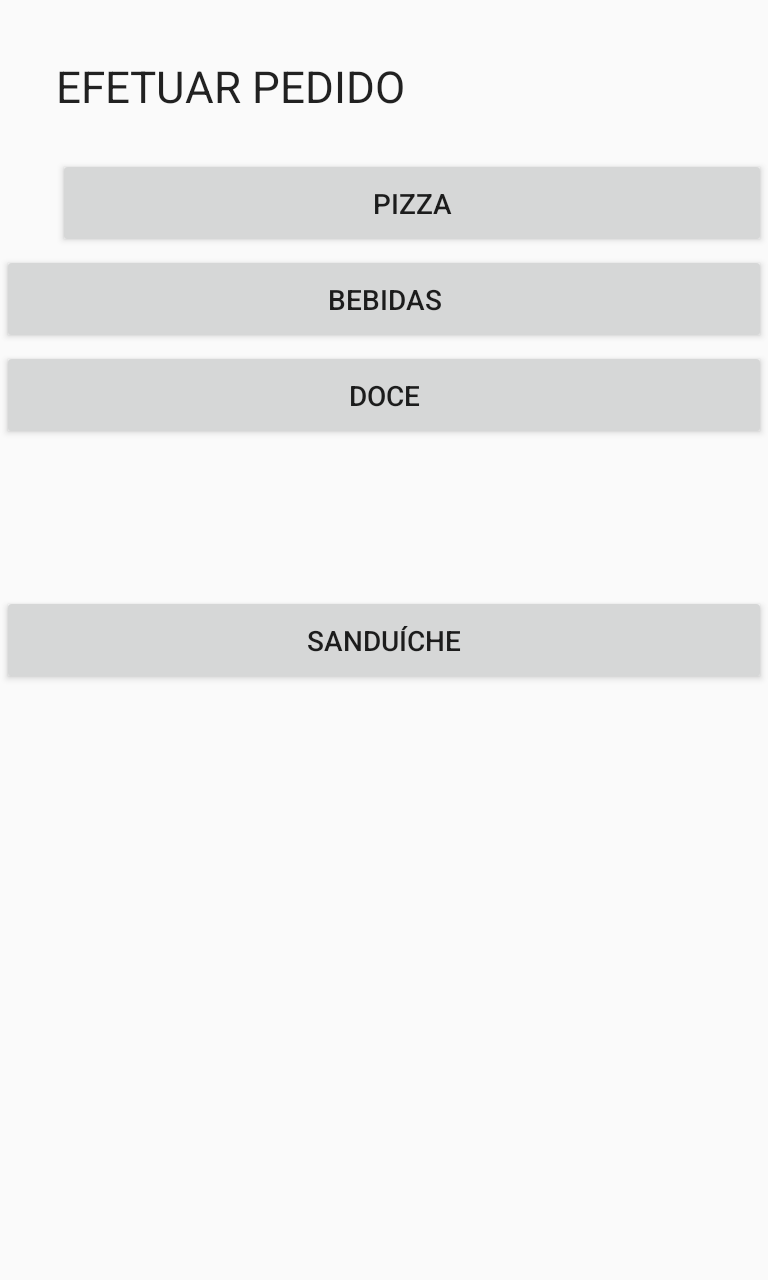
Repository: LucasSampaio/SysPizza-PSI
Layout: CodigoFonte/MOBILE/SysPizza/res/layout/activity_efetuar_pedido.xml
An editor plug-in stored every save of this project. The layout is shown before and after the next save, followed by the edit.
It is drawn on a 768 x 1280 px phone screen (xhdpi) without system bars, with theme AppTheme; the app's code is not run.

Above is the layout before, as saved 2014-09-25 13:03:51.

### CodigoFonte/MOBILE/SysPizza/res/layout/activity_efetuar_pedido.xml
<?xml version="1.0" encoding="utf-8"?>
<RelativeLayout xmlns:android="http://schemas.android.com/apk/res/android"
    android:layout_width="match_parent"
    android:layout_height="match_parent"
    android:orientation="vertical" >

    <TextView
        android:id="@+id/textView1"
        android:layout_width="wrap_content"
        android:layout_height="wrap_content"
        android:layout_alignParentLeft="true"
        android:layout_alignParentTop="true"
        android:layout_marginLeft="28dp"
        android:layout_marginTop="28dp"
        android:text="EFETUAR PEDIDO"
        android:textAppearance="?android:attr/textAppearanceLarge" />

    <Button
        android:id="@+id/button1"
        android:layout_width="fill_parent"
        android:layout_height="wrap_content"
        android:layout_alignLeft="@+id/textView1"
        android:layout_below="@+id/textView1"
        android:layout_marginTop="20dp"
        android:text="Pizza" />

    <Button
        android:id="@+id/button2"
        android:layout_width="fill_parent"
        android:layout_height="wrap_content"
        android:layout_below="@+id/button1"
        android:layout_centerHorizontal="true"
        android:text="Bebidas" />

    <Button
        android:id="@+id/button3"
        android:layout_width="fill_parent"
        android:layout_height="wrap_content"
        android:layout_alignLeft="@+id/button2"
        android:layout_below="@+id/button2"
        android:text="Doce" />

    <Button
        android:id="@+id/button4"
        android:layout_width="fill_parent"
        android:layout_height="wrap_content"
        android:layout_alignRight="@+id/button2"
        android:layout_centerVertical="true"
        android:text="Sanduíche" />

</RelativeLayout>

Loaded but not shown: CodigoFonte/MOBILE/SysPizza/res/values/styles.xml (common file); CodigoFonte/MOBILE/SysPizza/res/values-v11/styles.xml (common file); CodigoFonte/MOBILE/SysPizza/res/values-v14/styles.xml (common file)

After the next save:
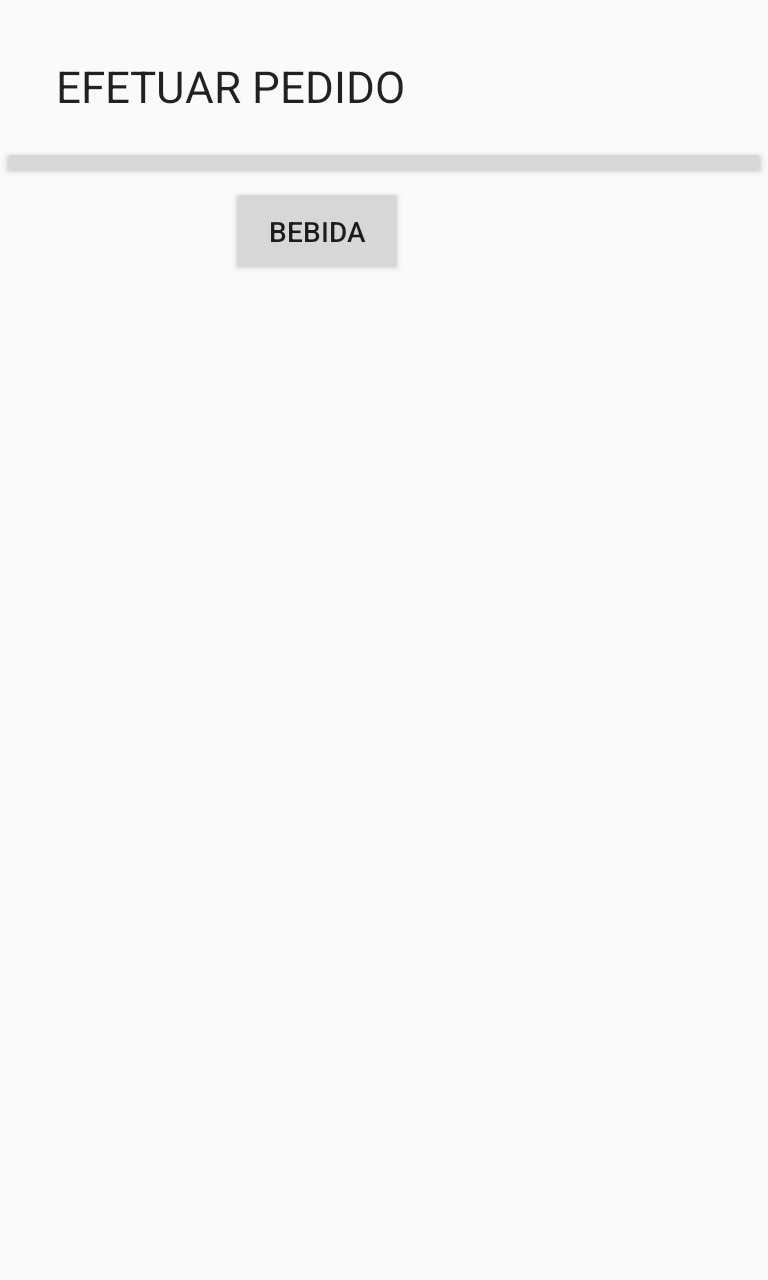
Saved 46 s later.
--- a/CodigoFonte/MOBILE/SysPizza/res/layout/activity_efetuar_pedido.xml
+++ b/CodigoFonte/MOBILE/SysPizza/res/layout/activity_efetuar_pedido.xml
@@ -18,34 +18,18 @@
     <Button
         android:id="@+id/button1"
         android:layout_width="fill_parent"
-        android:layout_height="wrap_content"
-        android:layout_alignLeft="@+id/textView1"
+        android:layout_height="20dp"
         android:layout_below="@+id/textView1"
-        android:layout_marginTop="20dp"
+        android:layout_centerHorizontal="true"
+        android:layout_marginTop="14dp"
         android:text="Pizza" />
 
     <Button
         android:id="@+id/button2"
-        android:layout_width="fill_parent"
+        android:layout_width="wrap_content"
         android:layout_height="wrap_content"
+        android:layout_alignRight="@+id/textView1"
         android:layout_below="@+id/button1"
-        android:layout_centerHorizontal="true"
-        android:text="Bebidas" />
-
-    <Button
-        android:id="@+id/button3"
-        android:layout_width="fill_parent"
-        android:layout_height="wrap_content"
-        android:layout_alignLeft="@+id/button2"
-        android:layout_below="@+id/button2"
-        android:text="Doce" />
-
-    <Button
-        android:id="@+id/button4"
-        android:layout_width="fill_parent"
-        android:layout_height="wrap_content"
-        android:layout_alignRight="@+id/button2"
-        android:layout_centerVertical="true"
-        android:text="Sanduíche" />
+        android:text="Bebida" />
 
 </RelativeLayout>
